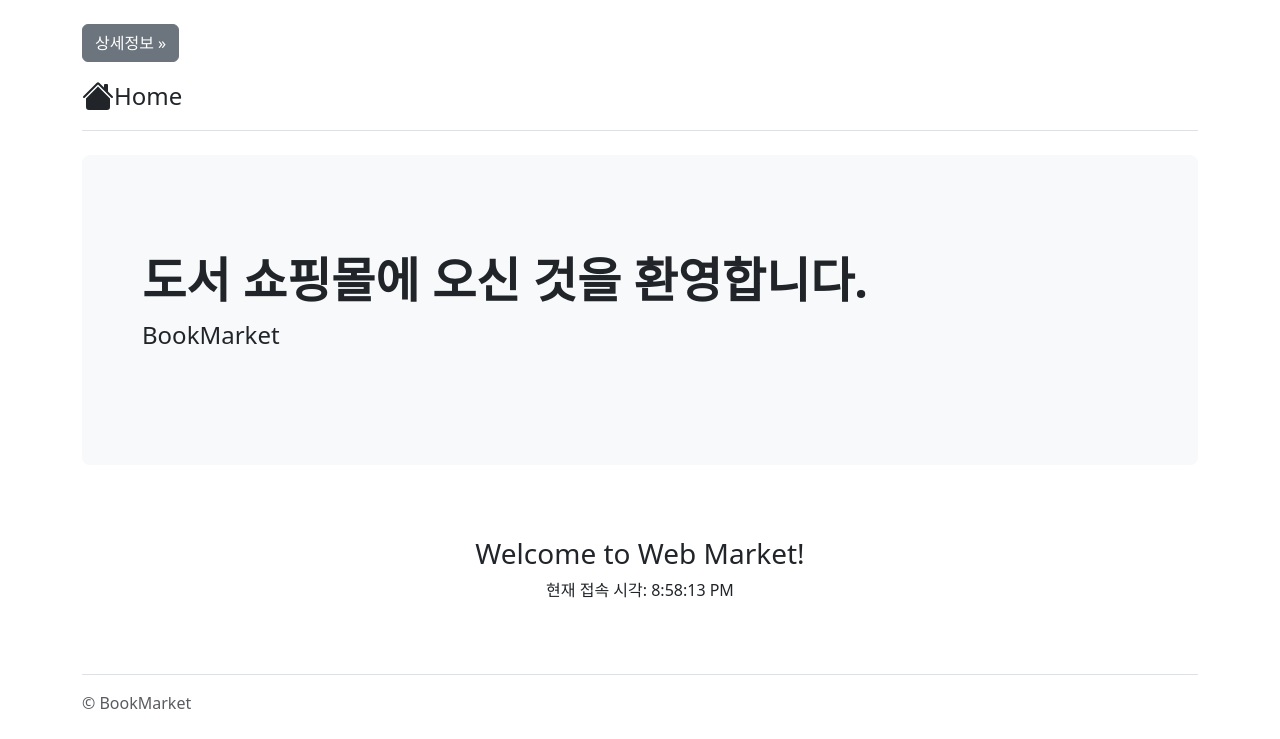
Repository: E-nani95/jsp_portfolio
Page: http://localhost/bookstore/WEB-INF/views/welcome.jsp
An editor plug-in stored every save of this project. The page is shown before and after the next save, followed by the edit.
The browser window is 1280 px wide. The pictures show the whole page.
The page is served by Tomcat 9. Nobody is signed in. The template is opened directly, without the code that normally fills it, so the values that code supplies are empty.

Above is the page before, as saved 2025-10-09 21:36:13.

After the next save:
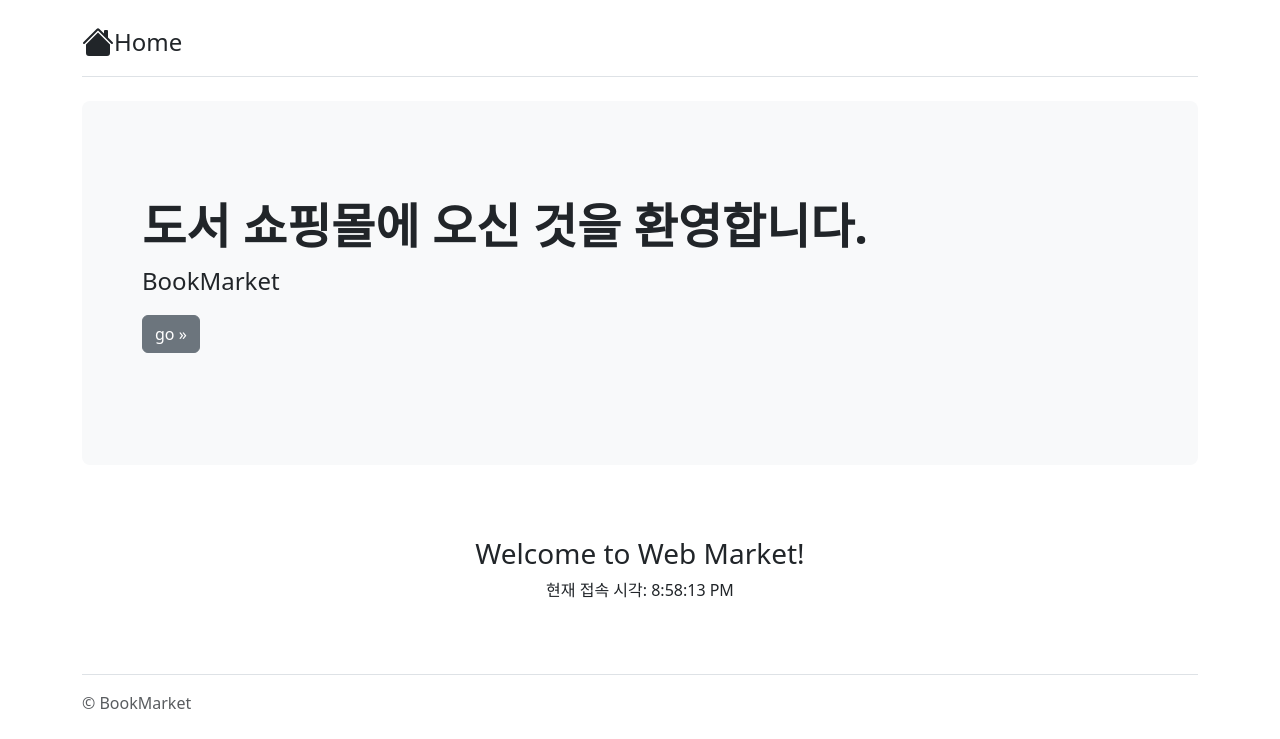
Saved 78 s later.
--- a/STS_BookStore/bookstore/src/main/webapp/WEB-INF/views/welcome.jsp
+++ b/STS_BookStore/bookstore/src/main/webapp/WEB-INF/views/welcome.jsp
@@ -12,7 +12,7 @@
 </head>
 <body>
 	<div class="container py-4">
-<p><a href="books" class="btn btn-secondary" role="button">상세정보 &raquo;</a></p>
+
 		<%@ include file="menu.jsp"%>
 		<%!String greeting = "도서 쇼핑몰에 오신 것을 환영합니다.";
 	String tagline = "Welcome to Web Market!";%>
@@ -21,6 +21,7 @@
 			<div class="container-fluid py-5">
 				<h1 class="display-5 fw-bold"><%=greeting%></h1>
 				<p class="col-md-8 fs-4">BookMarket</p>
+				<p><a href="books" class="btn btn-secondary" role="button">go &raquo;</a></p>
 			</div>
 		</div>
 
